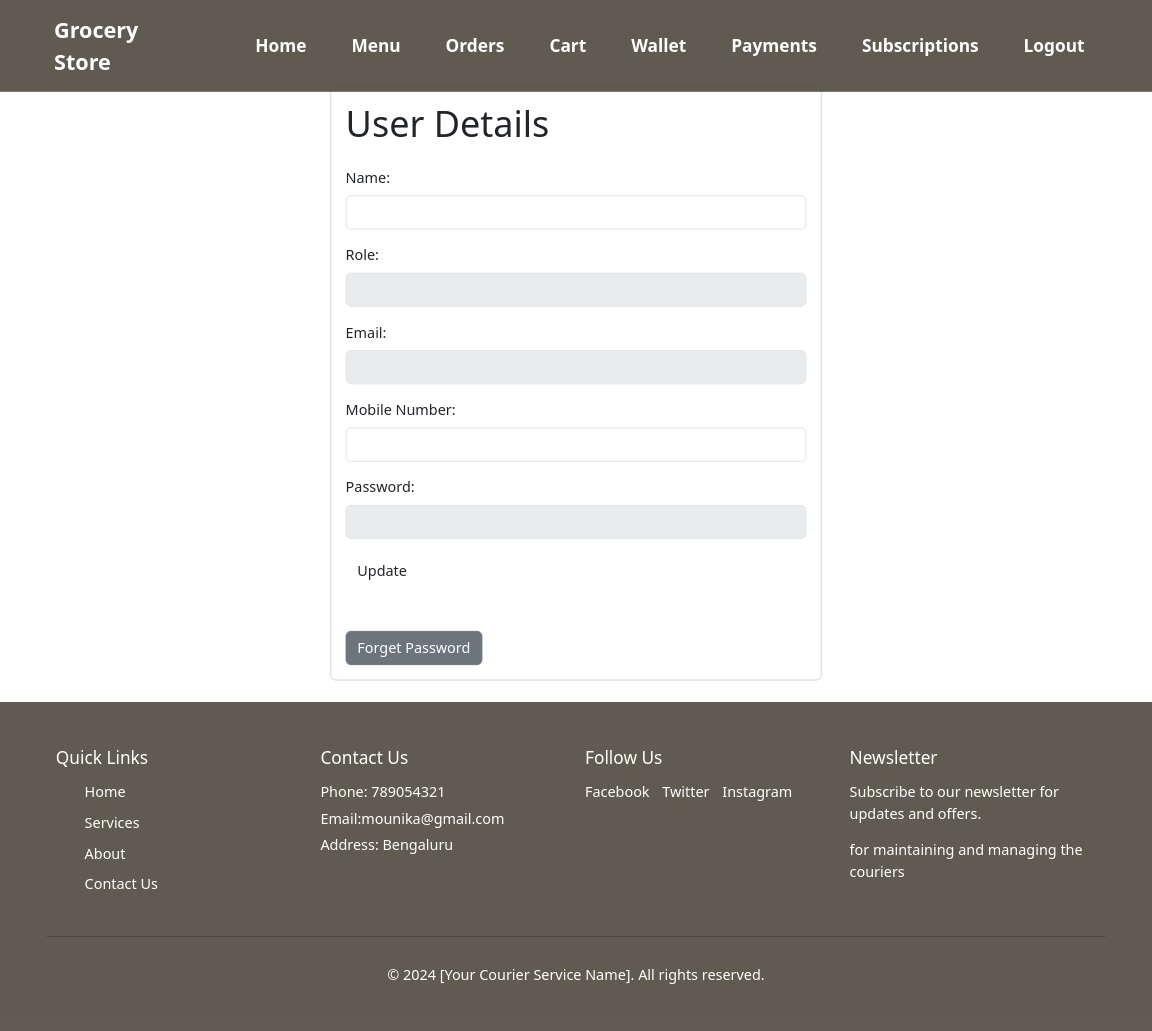
Repository: NagaMounikaY/GroceriesSubscriptionBookingManagement
Page: http://localhost/GroceriesSubBookingSystem/WEB-INF/views/profile.jsp
These files come from the project's save history. The page is drawn as it stood at one moment and after the next save; the edit follows.
The browser window is 1280 px wide. The pictures show the whole page, at 90% of full size.
The page is served by Tomcat 9. Nobody is signed in. The template is opened directly, without the code that normally fills it, so the values that code supplies are empty.

Above is the page before, as saved 2024-09-15 17:29:56.

After the next save:
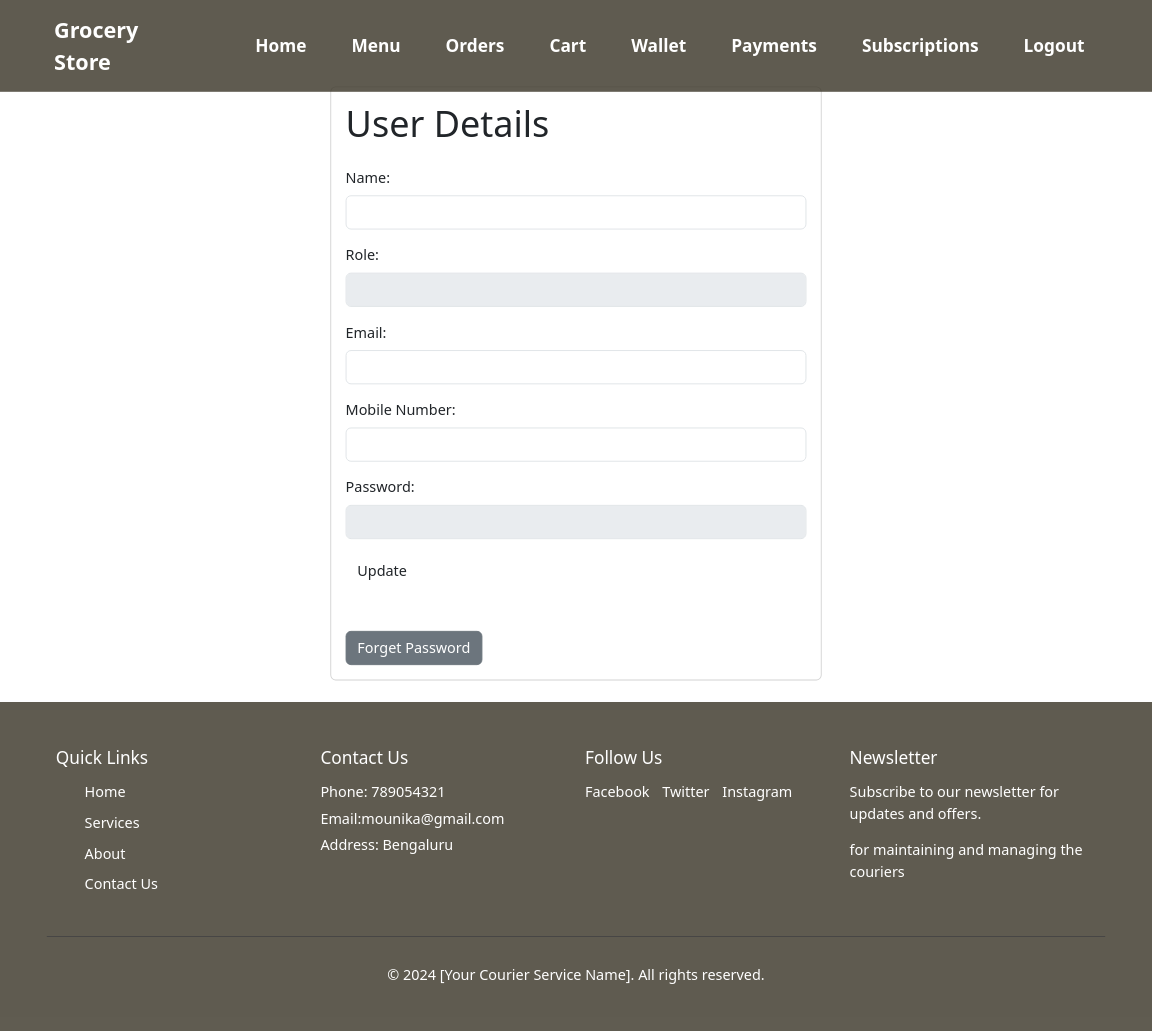
Saved 35 s later.
--- a/GroceriesSubBookingSystem/src/main/webapp/WEB-INF/views/profile.jsp
+++ b/GroceriesSubBookingSystem/src/main/webapp/WEB-INF/views/profile.jsp
@@ -80,7 +80,7 @@
                             <div class="form-group">
                                 <label for="userEmail">Email:</label>
                                 <input type="email" id="userEmail" name="userEmail" value="${user.userEmail}"
-                                    class="form-control" readonly>
+                                    class="form-control" >
                             </div>
                             <div class="form-group">
                                 <label for="userMobileNumber">Mobile Number:</label>
